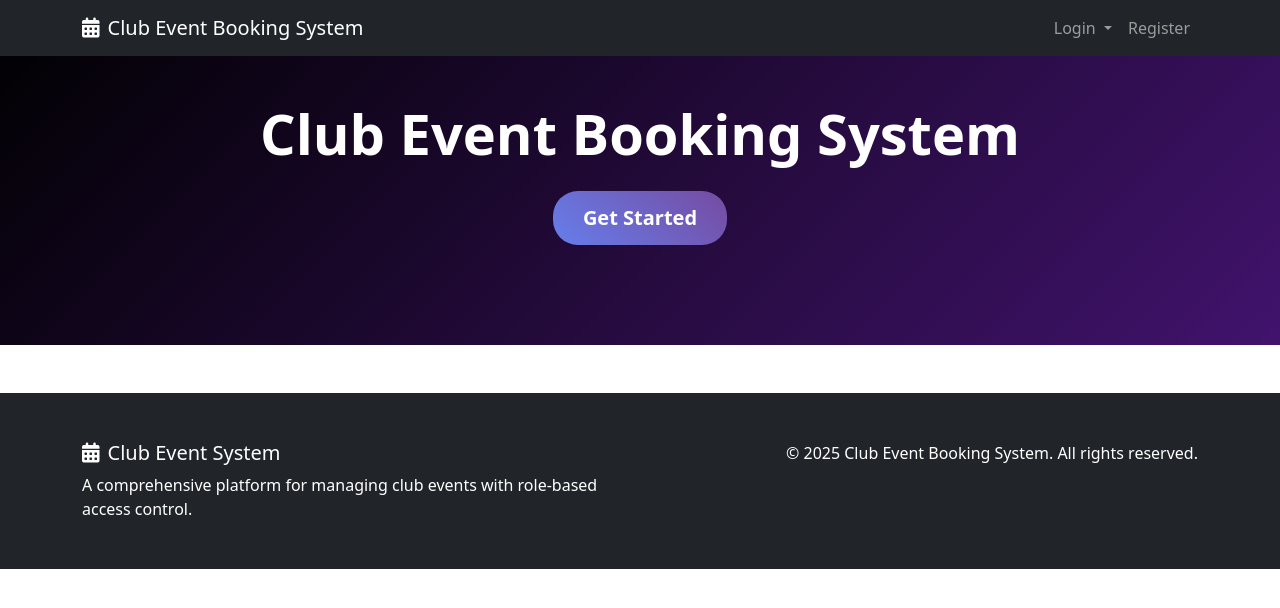
Repository: vipinsamy-sys/clubevent
Page: public/index.html
An editor plug-in stored every save of this project. The page is shown before and after a run of saves, followed by the edit.
The browser window is 1280 px wide. The pictures show the whole page.

Above is the page before, as saved 2025-10-20 14:27:32.

### public/index.html
<!DOCTYPE html>
<html lang="en">
<head>
    <meta charset="UTF-8">
    <meta name="viewport" content="width=device-width, initial-scale=1.0">
    <title>Club Event Booking System</title>
    <link href="https://cdn.jsdelivr.net/npm/bootstrap@5.3.3/dist/css/bootstrap.min.css" rel="stylesheet">
    <link rel="stylesheet" href="https://cdnjs.cloudflare.com/ajax/libs/font-awesome/6.5.0/css/all.min.css">
    <style>
        .main-section {
            background: linear-gradient(135deg, #000000 0%, #41136d 100%);
            color: white;
            padding: 100px 0;
            text-align: center;
        }
        .btn-custom {
            background: linear-gradient(45deg, #667eea, #764ba2);
            border: none;
            border-radius: 25px;
            padding: 12px 30px;
            color: white;
            font-weight: 600;
            transition: all 0.3s ease;
        }
        .btn-custom:hover {
            transform: translateY(-2px);
            box-shadow: 0 5px 15px rgba(0, 0, 0, 0.2);
            color: white;
        }

        /* Popup custom styling */
        .custom-modal {
            background: linear-gradient(135deg, #667eea, #764ba2);
            color: white;
            border-radius: 15px;
            box-shadow: 0 8px 25px rgba(0,0,0,0.3);
        }
        .custom-modal .btn-primary {
            background-color: #ff6b6b; /* Register button */
            border: none;
        }
        .custom-modal .btn-primary:hover {
            background-color: #ff4b4b;
        }
        .custom-modal .btn-secondary {
            background-color: #4caf50; /* Login button */
            border: none;
        }
        .custom-modal .btn-secondary:hover {
            background-color: #3e8e41;
        }
    </style>
</head>
<body>
    <!-- Navigation -->
    <nav class="navbar navbar-expand-lg navbar-dark bg-dark fixed-top">
        <div class="container">
            <a class="navbar-brand" href="#"><i class="fas fa-calendar-alt me-2"></i>Club Event Booking System</a>
            <button class="navbar-toggler" type="button" data-bs-toggle="collapse" data-bs-target="#navbarNav">
                <span class="navbar-toggler-icon"></span>
            </button>
            <div class="collapse navbar-collapse" id="navbarNav">
                <ul class="navbar-nav ms-auto">
                    <li class="nav-item dropdown">
                        <a class="nav-link dropdown-toggle" href="#" id="loginDropdown" role="button" data-bs-toggle="dropdown">
                            Login
                        </a>
                        <ul class="dropdown-menu">
                            <li><a class="dropdown-item" href="student-login.html"><i class="fas fa-user-graduate me-2"></i>Student Login</a></li>
                            <li><a class="dropdown-item" href="admin-login.html"><i class="fas fa-user-shield me-2"></i>Admin Login</a></li>
                            <li><a class="dropdown-item" href="faculty-login.html"><i class="fas fa-chalkboard-teacher me-2"></i>Faculty Login</a></li>
                        </ul>
                    </li>
                    <li class="nav-item">
                        <a class="nav-link" href="register.html">Register</a>
                    </li>
                </ul>
            </div>
        </div>
    </nav>

    <!-- Main Section -->
    <section class="main-section">
        <div class="container">
            <h1 class="display-4 fw-bold mb-4">Club Event Booking System</h1>
            <!-- Get Started Button triggers modal -->
            <button type="button" class="btn btn-custom btn-lg" data-bs-toggle="modal" data-bs-target="#getStartedModal">
                Get Started
            </button>
        </div>
    </section>

    <!-- Get Started Modal -->
    <div class="modal fade" id="getStartedModal" tabindex="-1" aria-labelledby="getStartedModalLabel" aria-hidden="true">
        <div class="modal-dialog modal-dialog-centered">
            <div class="modal-content custom-modal p-4">
                <div class="modal-header border-0">
                    <h5 class="modal-title" id="getStartedModalLabel">Welcome!</h5>
                    <button type="button" class="btn-close btn-close-white" data-bs-dismiss="modal" aria-label="Close"></button>
                </div>
                <div class="modal-body text-center">
                    <p class="mb-3">Select your role to login:</p>
                    <div class="d-flex justify-content-center gap-3 mb-3">
                        <a href="student-login.html" class="btn btn-secondary">Student</a>
                        <a href="admin-login.html" class="btn btn-secondary">Admin</a>
                        <a href="faculty-login.html" class="btn btn-secondary">Faculty</a>
                    </div>
                    <hr class="border-light">
                    <p class="mb-2">Or register if you are new:</p>
                    <a href="register.html" class="btn btn-primary">Register</a>
                </div>
            </div>
        </div>
    </div>

    <!-- Footer -->
    <footer class="bg-dark text-white py-5 mt-5">
        <div class="container">
            <div class="row">
                <div class="col-lg-6">
                    <h5><i class="fas fa-calendar-alt me-2"></i>Club Event System</h5>
                    <p class="mb-0">A comprehensive platform for managing club events with role-based access control.</p>
                </div>
                <div class="col-lg-6 text-lg-end">
                    <p class="mb-0">&copy; 2025 Club Event Booking System. All rights reserved.</p>
                </div>
            </div>
        </div>
    </footer>

    <script src="https://cdn.jsdelivr.net/npm/bootstrap@5.3.3/dist/js/bootstrap.bundle.min.js"></script>
</body>
</html>

After the next 4 saves:
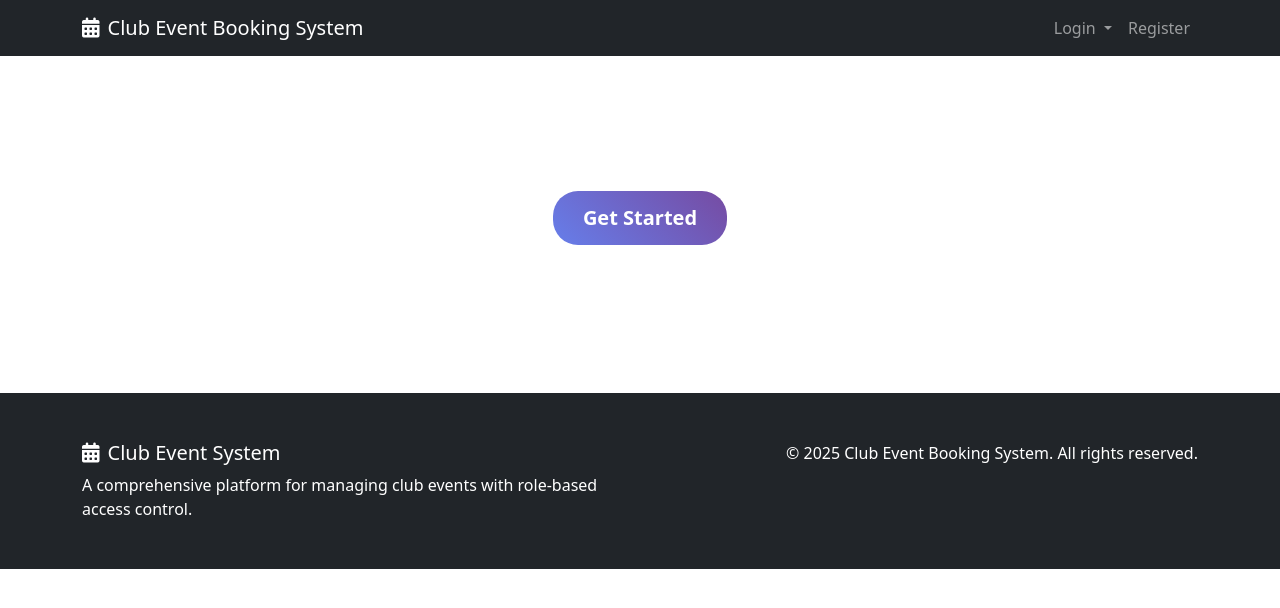
The 4 saves are shown as one change because they came seconds apart.
The last was saved 45 s later.
--- a/public/index.html
+++ b/public/index.html
@@ -8,7 +8,7 @@
     <link rel="stylesheet" href="https://cdnjs.cloudflare.com/ajax/libs/font-awesome/6.5.0/css/all.min.css">
     <style>
         .main-section {
-            background: linear-gradient(135deg, #000000 0%, #41136d 100%);
+            background: gr(135deg, #000000 0%, #41136d 100%);
             color: white;
             padding: 100px 0;
             text-align: center;

After the 3 saves that followed:
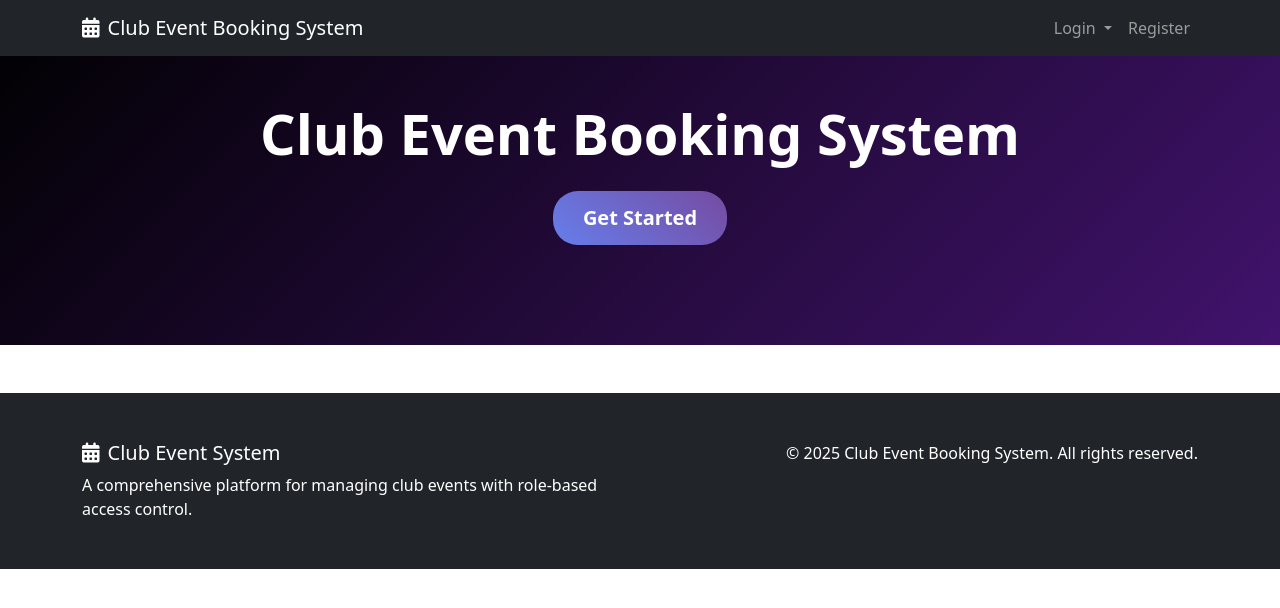
The 3 saves are shown as one change because they came seconds apart.
The last was saved 12 s later.
--- a/public/index.html
+++ b/public/index.html
@@ -8,7 +8,7 @@
     <link rel="stylesheet" href="https://cdnjs.cloudflare.com/ajax/libs/font-awesome/6.5.0/css/all.min.css">
     <style>
         .main-section {
-            background: gr(135deg, #000000 0%, #41136d 100%);
+            background: linear-gradient(135deg, #000000 0%, #41136d 100%);
             color: white;
             padding: 100px 0;
             text-align: center;
